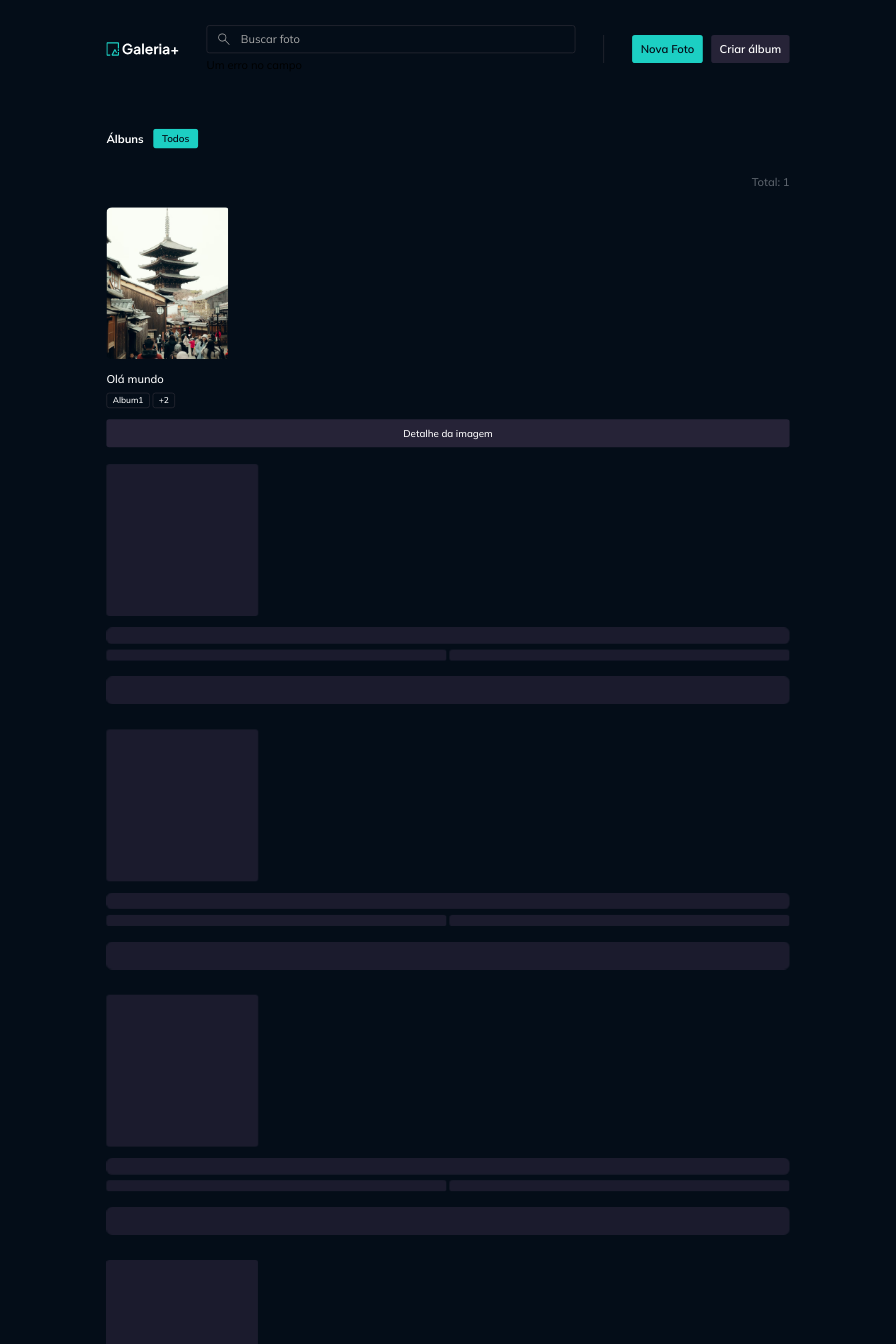
Repository: LuizMXavier/gallery-plus
Page: /
These files come from the project's save history. The page is drawn as it stood at one moment and after the next save; the edit follows.
The browser window is 1280 px wide. The pictures show the part of the page from y = 0 to 1920 px (the page is 4557 px tall before and 4514 px after), at 70% of full size.
The project was rebuilt for these pictures with package versions that can differ from the ones it lists, and the page was loaded fresh each time. Also part of the build but not shown: vite.config.ts, src/components/button-icon.tsx, src/components/alert.tsx, src/components/input-checkbox.tsx, src/components/input-single-file.tsx, src/components/card.tsx, src/components/dialog.tsx, src/pages/pages-components.tsx and 1 more.

Above is the page before, as saved 2025-09-22 17:58:18.

### index.html
<!DOCTYPE html>
<html lang="en">
	<head>
		<meta charset="UTF-8" />
		<link rel="icon" type="image/svg+xml" href="/favicon.svg" />

		<meta name="viewport" content="width=device-width, initial-scale=1.0" />

		<link rel="preconnect" href="https://fonts.googleapis.com" />
		<link rel="preconnect" href="https://fonts.gstatic.com" crossorigin />
		<link
			href="https://fonts.googleapis.com/css2?family=Mulish:ital,wght@0,200..1000;1,200..1000&display=swap"
			rel="stylesheet"
		/>

		<title>Galeria+</title>
	</head>
	<body class="bg-background-primary">
		<div id="root"></div>
		<script type="module" src="/src/main.tsx"></script>
	</body>
</html>

### src/main.tsx
import "./index.css";

import {StrictMode} from "react";
import {createRoot} from "react-dom/client";
import App from "./App.tsx";

createRoot(document.getElementById("root")!).render(
	<StrictMode>
		<App />
	</StrictMode>
);

### src/index.css
@import "tailwindcss";
@import "tw-animate-css";

@theme {
	--color-*: initial;
	--color-white: #ffffff;
	--color-black: #000000;
	--color-background-primary: #040d18;
	--color-background-secondary: #262337;
	--color-background-tertiary: #3c3857;
	--color-border-primary: #2c2c35;
	--color-border-active: #4c4c5d;
	--color-accent-brand: #1ccfc3;
	--color-accent-brand-light: #66eae1;
	--color-accent-red: #f54a26;
	--color-heading: #fafcff;
	--color-accent-paragraph: #f1f7ff;
	--color-accent-span: #5c636c;
	--color-placeholder: #a9a9a9;
	--color-label: #ffffff;
	--color-label-inverse: #040d18;

	--font-sans: "Mulish", sans-serif;
}

### src/App.tsx
import {BrowserRouter, Route, Routes} from "react-router";
import PageComponents from "./pages/pages-components";
import LayoutMain from "./pages/layout-main";
import PageHome from "./pages/page-home";
import PagePhotoDetails from "./pages/page-photo-details";

export default function App() {
	return (
		<BrowserRouter>
			<Routes>
				<Route element={<LayoutMain/>}>
					<Route index element={<PageHome/>}/>
					<Route path="/fotos/:id" element={<PagePhotoDetails/>}/>
					<Route path="/componentes" element={<PageComponents/>}/>
				</Route>

			</Routes>
		</BrowserRouter>
	)
}

### src/pages/layout-main.tsx
import { Outlet } from "react-router";
import MainHeader from "../components/main-header";
import MainContent from "../components/main-content";

export default function LayoutMain() {
  return (
    <>
      <MainHeader className="mt-9" />
      <MainContent>
        <Outlet />
      </MainContent>
    </>
  );
}

### src/pages/page-home.tsx
import Container from "../components/container";
import AlbumsFilter from "../contexts/albums/components/albums-filter";
import PhotoList from "../contexts/photos/components/photos-list";

export default function PageHome() {
  return (
    <Container>
      <AlbumsFilter albums={[]} className="mb-9"/>
      <PhotoList
        photos={[{
            id: "123",
            title: "Olá mundo",
            imageId: "portrait-tower.png",
            albums: [
              { id: "3421", title: "Album1" },
              { id: "123", title: "Album2" },
              { id: "456", title: "Album3" },
            ],
          },
        ]}
      />
    </Container>
  );
}

### src/components/button.tsx
import React from "react";
import Icon from "./icon";
import Text from "./text";
import {tv, type VariantProps} from "tailwind-variants";
import SpinnerIcon from "../assets/icons/spinner.svg?react";
import cx from "classnames";

export const buttonVariants = tv({
	base: "flex items-center justify-center cursor-pointer transition rounded group gap-1",
	variants: {
		variant: {
			primary: "bg-accent-brand hover:bg-accent-brand-light",
			secondary: "bg-background-secondary hover:bg-background-tertiary",
			destructive: "bg-background-secondary hover:bg-background-tertiary",
			ghost: `
					bg-transparent border border-solid border-border-primary
				text-accent-paragraph hover:border-background-secondary
				`,
		},
		size: {
			sm: "h-7 py-1 px-3",
			md: "h-10 py-2 pl-3 pr-3",
		},
		disabled: {
			true: "opacity-50 pointer-events-none",
		},
		handling: {
			true: "pointer-events-none",
		},
	},
	defaultVariants: {
		variant: "primary",
		size: "md",
		disabled: false,
		handling: false,
	},
});

export const buttonTextVariants = tv({
	variants: {
		variant: {
			primary: "text-label-inverse",
			secondary: "text-label",
			destructive: "text-accent-red",
			ghost: "text-accent-paragraph",
		},
		size: {
			sm: "text-sm",
			md: "text-base",
		},
	},
	defaultVariants: {
		variant: "primary",
		size: "md",
	},
});

export const buttonIconVariants = tv({
	variants: {
		variant: {
			primary: "fill-label-inverse",
			secondary: "fill-label",
			destructive: "fill-accent-red",
			ghost: "fill-accent-paragraph",
		},
		size: {
			sm: "w-4 h-4",
			md: "w-6 h-6",
		},
		handling: {
			true: "w-4 h-4",
		},
	},
	defaultVariants: {
		variant: "primary",
		size: "md",
	},
});

interface ButtonProps
	extends Omit<React.ComponentProps<"button">, "size" | "disabled">,
		VariantProps<typeof buttonVariants> {
	icon?: React.ComponentProps<typeof Icon>["svg"];
	handling?: boolean;
}

export default function Button({
	variant,
	size,
	disabled,
	className,
	children,
	handling,
	icon,
	type = "button",
	...props
}: ButtonProps) {
	return (
		<button
			type={type}
			className={buttonVariants({
				variant,
				size,
				disabled,
				handling,
				className: cx(
					{
						"pr-1": icon,
					},
					className
				),
			})}
			disabled={disabled as boolean}
			{...props}
		>
			<Text
				variant="label-medium"
				className={buttonTextVariants({variant, size})}
			>
				{children}
			</Text>
			{(icon || handling) && (
				<Icon
					svg={handling ? SpinnerIcon : icon!}
					animate={handling}
					className={buttonIconVariants({variant, size, handling})}
				/>
			)}
		</button>
	);
}

### src/components/badge.tsx
import React from "react";
import Text from "./text";
import {tv, type VariantProps} from "tailwind-variants";
import cx from "classnames";
import Skeleton from "./skeleton";

export const badgeVariants = tv({
	base: "inline-flex items-center justify-center rounded",
	variants: {
		variant: {
			none: "",
			ghost:
				"bg-transparent border border-solid border-border-primary text-accent-paragraph",
		},
		size: {
			xs: "py-0.5 px-2",
			sm: "py-1 px-3",
		},
	},
	defaultVariants: {
		variant: "ghost",
		size: "sm",
	},
});

export const badgeTextVariants = tv({
	base: "text-xs",
	variants: {
		size: {
			xs: "text-xs",
			sm: "text-sm",
		},
	},
});

export const badgeSkeletonVariants = tv({
	variants: {
		size: {
			xs: "w-12 h-[1.375rem]",
			sm: "w-16 h-[1.875rem]",
		},
	},
	defaultVariants: {
		size: "sm",
	},
});

interface BadgeProps
	extends React.ComponentProps<"div">,
		VariantProps<typeof badgeVariants> {
	loading?: boolean;
}

export default function Badge({
	variant,
	size,
	className,
	children,
	loading,
	...props
}: BadgeProps) {
	if (loading) {
		return (
			<Skeleton
				rounded="full"
				className={cx(
					badgeVariants({variant: "none"}),
					badgeSkeletonVariants({size}),
					className
				)}
			/>
		);
	}

	return (
		<div className={badgeVariants({variant, size, className})} {...props}>
			<Text className={badgeTextVariants({size})}>{children}</Text>
		</div>
	);
}

### src/components/text.tsx
import React from "react";
import {tv, type VariantProps} from "tailwind-variants";

export const textVariants = tv({
	base: "font-sans text-white",
	variants: {
		variant: {
			"heading-large": "text-2xl leading-[130%] font-bold",
			"heading-medium": "text-xl leading-[130%] font-bold",
			"heading-small": "text-base leading-[130%] font-bold",
			"paragraph-large": "text-base leading-[150%] font-medium",
			"paragraph-medium": "text-sm leading-[150%] font-medium",
			"paragraph-small": "text-xs leading-[150%] font-medium",
			"label-medium": "text-base leading-[150%] font-semibold",
			"label-small": "text-xs leading-[150%] font-semibold",
		},
	},
	defaultVariants: {
		variant: "paragraph-medium",
	},
});

interface TextProps extends VariantProps<typeof textVariants> {
	as?: keyof React.JSX.IntrinsicElements;
	className?: string;
	children?: React.ReactNode;
}

export default function Text({
	as = "span",
	variant,
	className,
	children,
	...props
}: TextProps) {
	return React.createElement(
		as,
		{
			className: textVariants({variant, className}),
			...props,
		},
		children
	);
}

### src/components/divider.tsx
import {tv, type VariantProps} from "tailwind-variants";

export const dividerVariants = tv({
	base: "w-full h-px ",
	variants: {
		variant: {
			default: "bg-border-primary",
		},
		orientation: {
			horizontal: "w-full h-px",
			vertical: "w-px h-full",
		},
	},
	defaultVariants: {
		variant: "default",
	},
});

interface DividerProps
	extends React.ComponentProps<"div">,
		VariantProps<typeof dividerVariants> {
	orientation?: "horizontal" | "vertical";
}

export default function Divider({
	className,
	orientation = "horizontal",
	...props
}: DividerProps) {
	return (
		<div className={dividerVariants({className, orientation})} {...props} />
	);
}

### src/components/input-text.tsx
import { tv, type VariantProps } from "tailwind-variants";
import Icon from "./icon";
import Text from "./text";
import { serialize } from "v8";

export const inputTextContainerVariants = tv({
    base: "flex flex-col gap-1"
})

export const inputTextWrapperVariants = tv({
    base:`
        border border-solid border-border-primary
        focus:border-border-active bg-transparent
        rounded flex items-center gap-3
    `,
    variants: {
        size: {
            md:"h-10 p-3"
        },
        disabled: {
            true:"pointer-events-none"
        }
    },
    defaultVariants: {
        size:"md",
        disabled: false
    }
});

export const inputTextVariants = tv({
    base: `
        bg-transparent outiline-none placeholder:text-placeholder
        text-accent-paragraph flex-1
    `
})

export const inputTextIconVariants = tv({
    base:"fill-placeholder",
    variants: {
        size: {
            md:"w-6 h-6"
        }
    },
    defaultVariants: {
        size:"md"
    }
})

interface InputTextProps
    extends VariantProps<typeof inputTextWrapperVariants>,
    Omit<React.ComponentProps<"input">,"size" | "disabled"> {
        icon?: React.ComponentProps<typeof Icon>['svg'],
        error?: React.ReactNode;
    }

export default function InputText({
    size,
    disabled,
    className,
    icon,
    error,
    ...props
}: InputTextProps) {
    return (
        <div className={inputTextContainerVariants(className)}>
            <div className={inputTextWrapperVariants({size, disabled})}>
                {icon && <Icon svg={icon} className={inputTextIconVariants({size})}/>}
                <input className={inputTextVariants()} disabled={disabled as boolean} {...props}/>
            </div>Um erro no campo
            {error && (
                <Text variant="label-small" className="text-accent-red">
                {error}
            </Text>
            )}
        </div>
    )
}

### src/components/image-preview.tsx
import { tv } from "tailwind-variants";
import React from "react";

export const imageFilePreviewVariants = tv({
    base:`
        rounded-lg overflow-hidden
    `
});

export const imageFilePreviewImageVariants = tv ({
    base: `w-full h-full object-cover `
})

interface ImageFilePreviewProps extends React.ComponentProps<"img"> {
    imageClassName?: string;
}

export default function ImageFilePreview({
    className,
    imageClassName,
    ...props
}: ImageFilePreviewProps) {
    return (
        <div className={imageFilePreviewVariants({className})}>
            <img className={imageFilePreviewImageVariants({className: imageClassName})} {...props} />
        </div>
    )
}

### src/components/main-header.tsx
import { Link } from "react-router";
import Container from "./container";
import Logo from "../assets/images/galeria-plus-full-logo.svg?react";
import cx from 'classnames';
import Button from "./button";
import PhotosSearch from "./photos-search";
import Divider from "./divider";


interface MainHeaderProps extends React.ComponentProps<typeof Container>{}

export default function MainHeader({className, ...props}: MainHeaderProps) {
    return (
        <Container
            as="header"
            className={cx("flex justify-between items-center gap-10", className)} {...props}
        >
            <Link to="/">
                <Logo className="h-5"/>
            </Link>

            <PhotosSearch/>
            <Divider orientation="vertical" className="h-10"/>

            <div className="flex items-center gap-3">
                <Button>Nova Foto</Button>
                <Button variant="secondary">Criar álbum</Button>
            </div>

        </Container>
    );
}

### src/components/main-content.tsx
import cx from "classnames";

interface MainContentProps extends React.ComponentProps<"main">{}

export default function MainContent({
    children,
    className,
    ...props
}: MainContentProps) {
    return (
        <main className={cx("mt-20 pb-20", className)} {...props}>
            {children}
        </main>
    )
}

### src/components/container.tsx
import {type VariantProps, tv} from "tailwind-variants";
import React from "react";

export const containerVariants = tv({
	base: "mx-auto",
	variants: {
		size: {
			md: "max-w-[62rem] px-2",
		},
	},
	defaultVariants: {
		size: "md",
	},
});

interface ContainerProps
	extends VariantProps<typeof containerVariants>,
		React.ComponentProps<"div"> {
	as?: keyof React.JSX.IntrinsicElements;
}

export default function Container({
	as = "div",
	children,
	className,
	...props
}: ContainerProps) {
	return React.createElement(
		as,
		{
			className: containerVariants({size: "md", className}),
			...props,
		},
		children
	);
}

### src/contexts/albums/components/albums-filter.tsx
import Button from "../../../components/button";
import Text from "../../../components/text";
import type { Album } from "../models/album";
import cx from "classnames";

interface AlbumsFilterProps extends React.ComponentProps<"div"> {
  albums: Album[];
  loading?: boolean;
}

export default function AlbumsFilter({
  albums,
  loading,
  className,
  ...props
}: AlbumsFilterProps) {
  return (
    <div
      className={cx("flex items-center gap-3.5 overflow-x-auto", className)}
      {...props}
    >
      <Text variant="heading-small">Álbuns</Text>
      <div className="flex gap-3">
        <Button variant="primary" size="sm" className="cursor-pointer">
          Todos
        </Button>
        {!loading &&
          albums.map((album) => (
            <Button
              key={album.id}
              variant="ghost"
              size="sm"
              className="cursor-pointer"
            >
              {album.title}
            </Button>
          ))}
      </div>
    </div>
  );
}

### src/contexts/photos/components/photos-list.tsx
import type { Photo } from "../models/photo";
import PhotoWidget from "./photo-widget";
import Text from "../../../components/text";
import Skeleton from "../../../components/skeleton";

interface PhotosListProps {
  photos: Photo[];
  loading?: boolean;
}

export default function PhotoList({ photos, loading }: PhotosListProps) {
  return (
    <div className="space-y-6">
        <Text
            as="div"
            variant="paragraph-large"
            className="flex items-center justify-end gap-1 text-accent-span"
        >
            Total:{" "}
            {!loading ? (
                <div>{photos.length}</div>
            ): (
                <Skeleton className="w-6 h-6"/>
            )}

        </Text>
      {!loading && photos?.length > 0 && (
        <div className="grid grid-colds-5 gap-9">
          {photos.map((photo) => (
            <PhotoWidget photo={photo} key={photo.id} />
          ))}
        </div>
      )}
      {!loading && (
        <div className="grid grid-colds-5 gap-9">
          {Array.from({ length: 10 }).map((_, index) => (
            <PhotoWidget
              key={`photo-loading-${index}`}
              photo={{} as Photo}
              loading
            />
          ))}
          ;
        </div>
      )}

      {!loading && photos.length === 0 && (
        <div className="flex justify-center items-center h-full">
          <Text variant="paragraph-large">Nenhuma foto encontrada</Text>
        </div>
      )}
    </div>
  );
}

### src/components/icon.tsx
import React from "react";
import {tv, type VariantProps} from "tailwind-variants";

export const iconVariants = tv({
	variants: {
		animate: {
			false: "",
			true: "animate-spin",
		},
	},
	defaultVariants: {
		animate: false,
	},
});

interface IconProps
	extends React.ComponentProps<"svg">,
		VariantProps<typeof iconVariants> {
	svg: React.FC<React.ComponentProps<"svg">>;
}

export default function Icon({
	svg: SvgComponent,
	animate,
	className,
	...props
}: IconProps) {
	return (
		<SvgComponent className={iconVariants({animate, className})} {...props} />
	);
}

### src/components/skeleton.tsx
import {tv, type VariantProps} from "tailwind-variants";
import React from "react";

export const skeletonVariants = tv({
	base: "animate-pulse bg-background-secondary pointer-events-none",
	variants: {
		rounded: {
			sm: "rounded-sm",
			lg: "rounded-lg",
			full: "rounded-full",
		},
	},
	defaultVariants: {
		rounded: "lg",
	},
});

interface SkeletonProps
	extends VariantProps<typeof skeletonVariants>,
		React.ComponentProps<"div"> {}

export default function Skeleton({
	rounded,
	className,
	...props
}: SkeletonProps) {
	return <div className={skeletonVariants({rounded, className})} {...props} />;
}

### src/components/photos-search.tsx
import InputText from "./input-text";
import SearchIcon from "../assets/icons/search.svg?react";
import React from "react";
import { debounce } from "../helpers/utils";

export default function PhotosSearch() {
    const [inputValue, setInputValue] = React.useState("");

    const debouncedSetValue = React.useCallback(
        debounce((value: string) => {
            console.log("Valor com debounce", value);
        },200),[]
    )

    function handleInputChange(e: React.ChangeEvent<HTMLInputElement>) {
        const value = e.target.value;


        setInputValue(value);
        debouncedSetValue(value);
    }
  return (
    <div className="relative flex-grow">
      <InputText icon={SearchIcon} placeholder="Buscar foto" value={inputValue} onChange={handleInputChange} />
    </div>
  );
}

### src/contexts/photos/components/photo-widget.tsx
import ImageFilePreview from "../../../components/image-preview";
import type { Photo } from "../models/photo";
import Skeleton from "../../../components/skeleton";
import Text from "../../../components/text";
import Badge from "../../../components/badge";
import { Link } from "react-router";
import { buttonTextVariants, buttonVariants } from "../../../components/button";
interface PhotoWidgetProps {
    photo: Photo;
    loading?: boolean;
}

export default function PhotoWidget({photo, loading}: PhotoWidgetProps) {
    return (
        <div className="flex flex-col gap-4">
            {!loading ? (
                <ImageFilePreview
                    src={`/images/${photo.imageId}`}
                    title={photo.title}
                    imageClassName="w-[10.8725rem] h-[13.5625rem] rounded lg"/>

            ): (
                <Skeleton className="w-[13.5625rem] h-[13.5625rem] rounded lg"/>
            )}

            <div className="flex flex-col gap-2">
                {!loading ? (
                    <Text variant="paragraph-large" className="truncate">
                        {photo.title}
                    </Text>
                ): (
                    <Skeleton className="w-full h-6"/>
                )}

                <div className="flex gap-1 min-h-[1.375rem]">
                    {!loading ? (
                        <>
                            {photo.albums.slice(0,1).map(album => (
                                <Badge className="truncate" size="xs" key={album.id}>
                                    {album.title}
                                </Badge>
                            ))}
                            {photo.albums.length > 1 && <Badge size="xs">
                                +{photo.albums.length - 1}
                                </Badge>}
                        </>
                    ): (
                        Array.from({length: 2}).map((_,index) => (
                            <Skeleton
                            key={`album-loading-${index}`}
                            className="w-full h-4 rounded-sm"
                            />
                        ))
                    )}

                </div>
            </div>
            {!loading ? (
                <Link
                  to={`/fotos/${photo.id}`}
                  className={buttonVariants({
                    variant:"secondary",
                    className:"px-2 py-2",
                  })}
                >
                    <Text className={buttonTextVariants({variant:"secondary",size:"sm"})}>
                        Detalhe da imagem
                    </Text>
                </Link>
            ): (
                <Skeleton className="w-full h-10"/>
            )}
        </div>
    )
}

### src/helpers/utils.ts

export function debounce<T extends (...args: any[]) => any>(
    func: T,
    wait: number
) {
    let timeout: ReturnType<typeof setTimeout> | null = null;

    return function (...args: Parameters<T>): void {
        const later = () => {
            timeout = null;
            func(...args);
        };

        if(timeout !== null) {
            clearTimeout(timeout);
        }

        timeout = setTimeout(later, wait);
    }
}

After the next save:
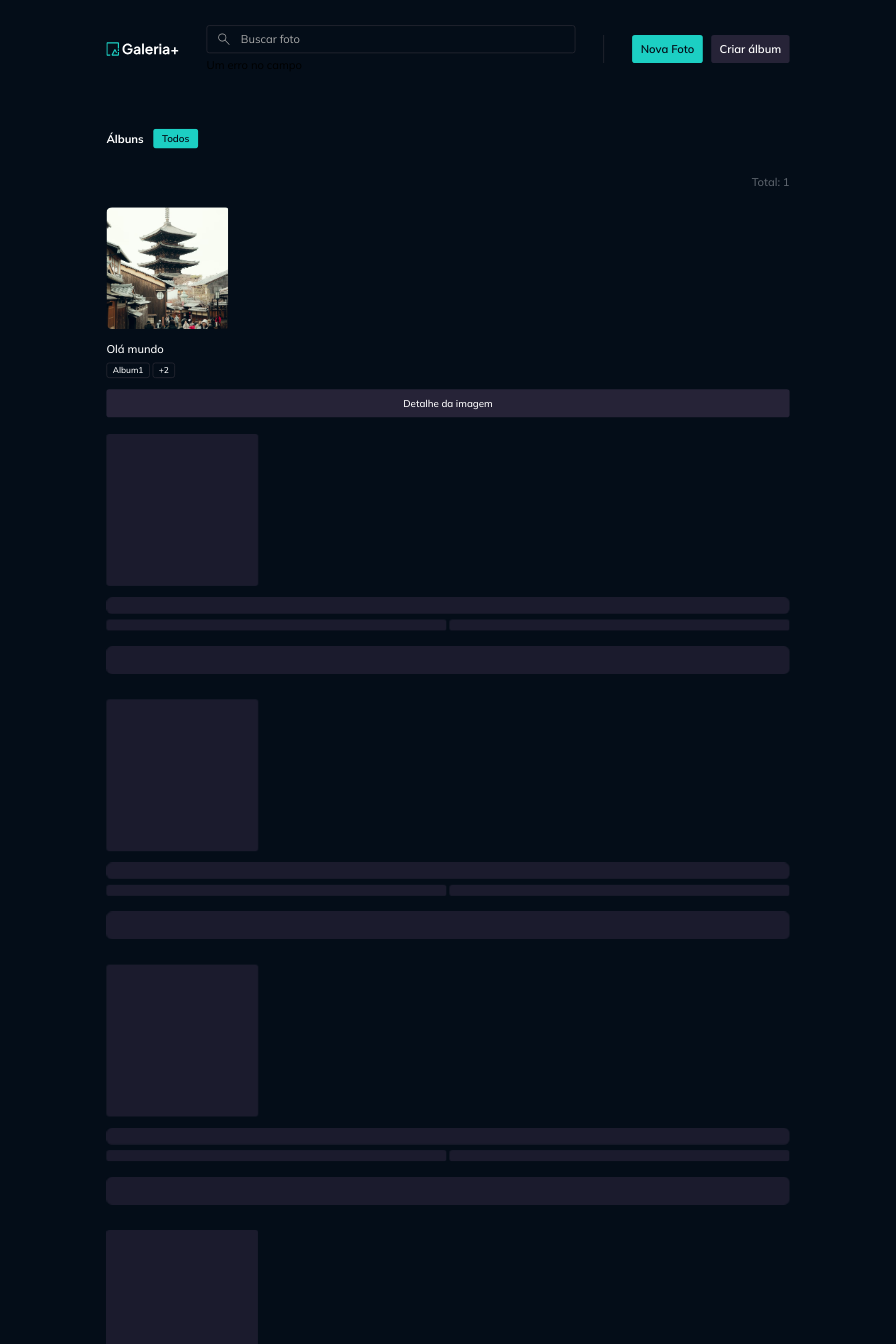
Saved 8 s later.
--- a/src/contexts/photos/components/photo-widget.tsx
+++ b/src/contexts/photos/components/photo-widget.tsx
@@ -17,7 +17,7 @@ export default function PhotoWidget({photo, loading}: PhotoWidgetProps) {
                 <ImageFilePreview
                     src={`/images/${photo.imageId}`}
                     title={photo.title}
-                    imageClassName="w-[10.8725rem] h-[13.5625rem] rounded lg"/>
+                    imageClassName="w-[10.8725rem] h-[10.8725rem] rounded lg"/>
 
             ): (
                 <Skeleton className="w-[13.5625rem] h-[13.5625rem] rounded lg"/>
